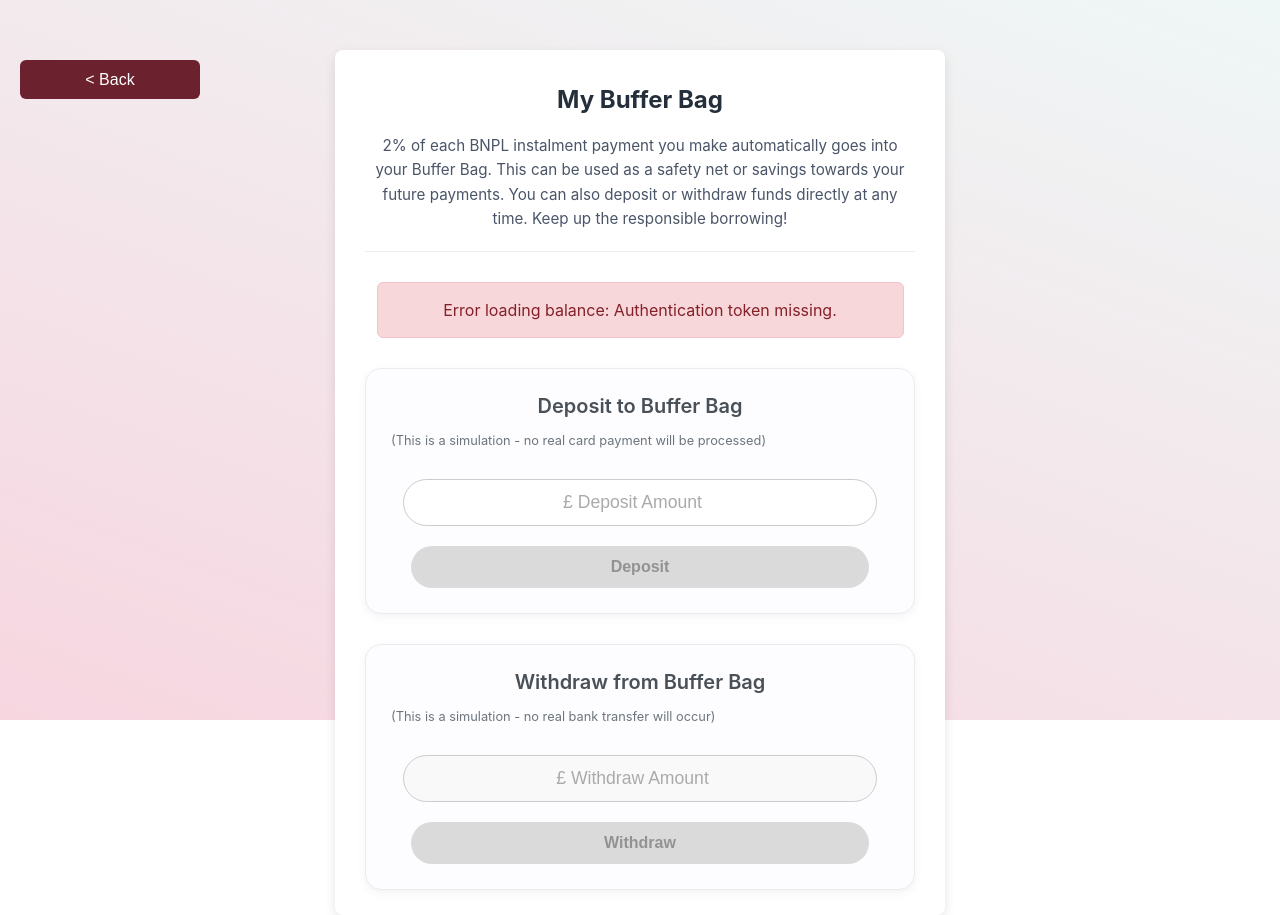
Repository: aab232/https---github.com-aab232-Deferred-Payment-Platform
Page: /buffer-bag (app in frontend/)
An editor plug-in stored every save of this project. The page is shown before and after the next save, followed by the edit.
The browser window is 1280 px wide. The pictures show the whole page.
The project was rebuilt for these pictures with package versions that can differ from the ones it lists, and the page was loaded fresh each time. Also part of the build but not shown: frontend/src/components/Home.js, frontend/src/components/Register.js, frontend/src/components/Login.js, frontend/src/components/Main.css, frontend/src/components/Main.js, frontend/src/components/Settings.js, frontend/src/components/Privacy.js, frontend/src/components/ContactUs.js and 9 more.

Above is the page before, as saved 2025-05-09 12:28:58.

After the next save:
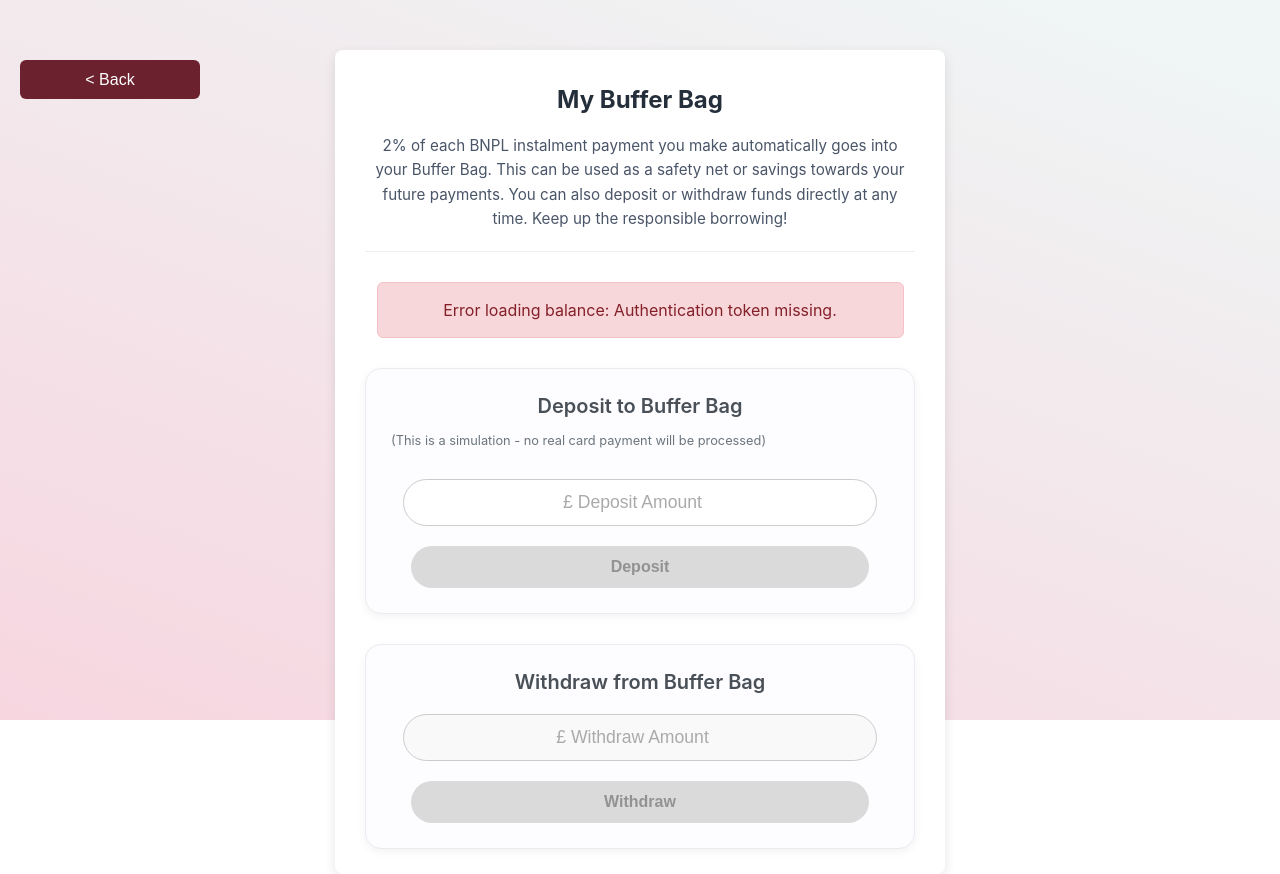
Saved 37 s later.
--- a/frontend/src/components/BufferBag.js
+++ b/frontend/src/components/BufferBag.js
@@ -253,7 +253,6 @@ const BufferBag = () => {
 
                     <form className="buffer-form" onSubmit={handleWithdraw}>
                         <h4>Withdraw from Buffer Bag</h4>
-                        <p className="info-text">(This is a simulation - no real bank transfer will occur)</p>
                         <input
                             type="number"
                             placeholder="£ Withdraw Amount"
